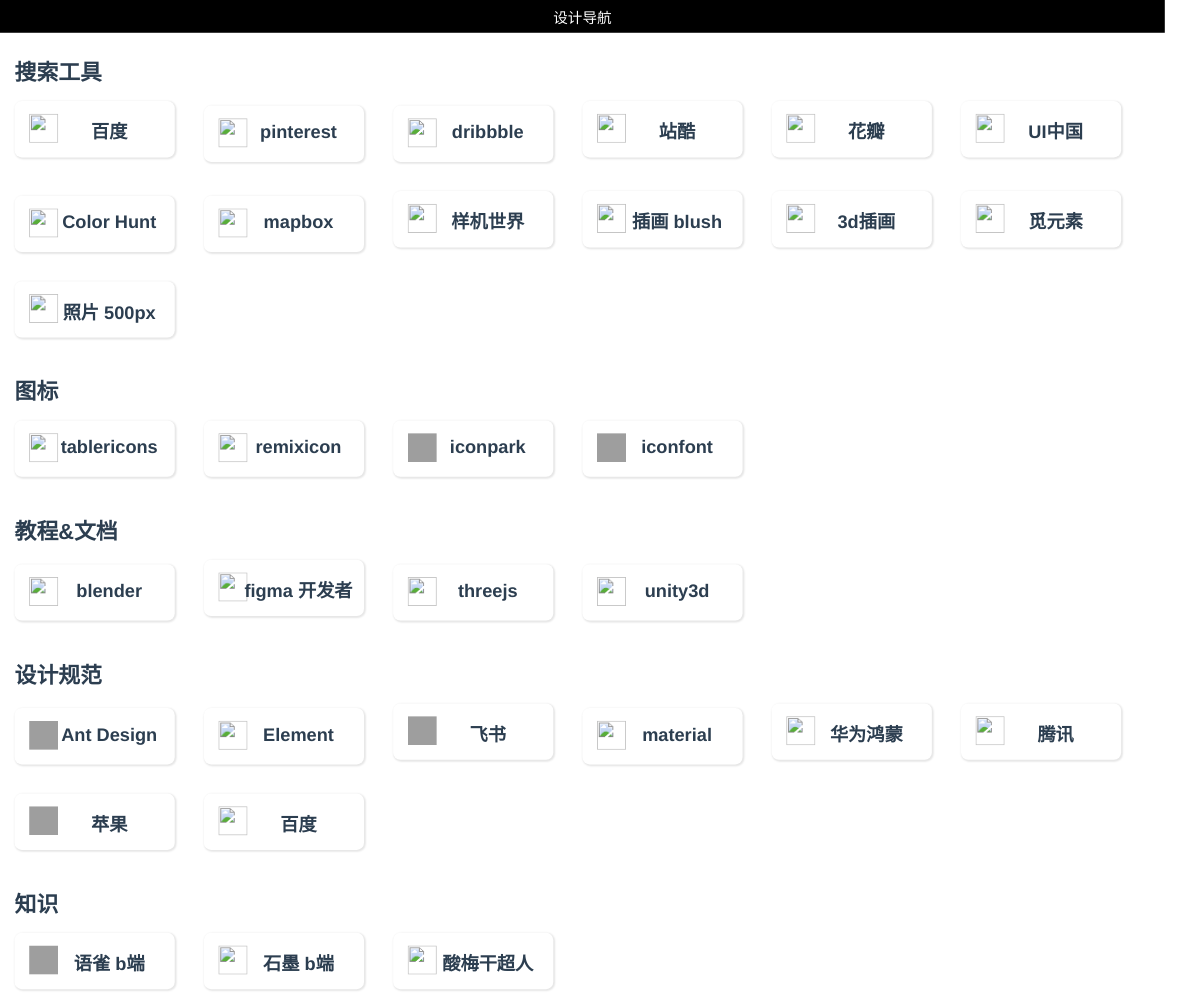
Repository: LiuZixu-aurelio/collection
Page: /
An editor plug-in stored every save of this project. The page is shown before and after the next save, followed by the edit.
The browser window is 1280 px wide. The page is 1296 px wide, so the pictures cover 1296 px, including what lies to the right of the window. The pictures show the whole page, at 91% of full size.
Pictures or frames that could not be fetched are drawn as grey boxes. The project was rebuilt for these pictures with package versions that can differ from the ones it lists, and the page was loaded fresh each time. Also part of the build but not shown: vue.config.js.

Above is the page before, as saved 2022-06-27 09:49:56.

After the next save:
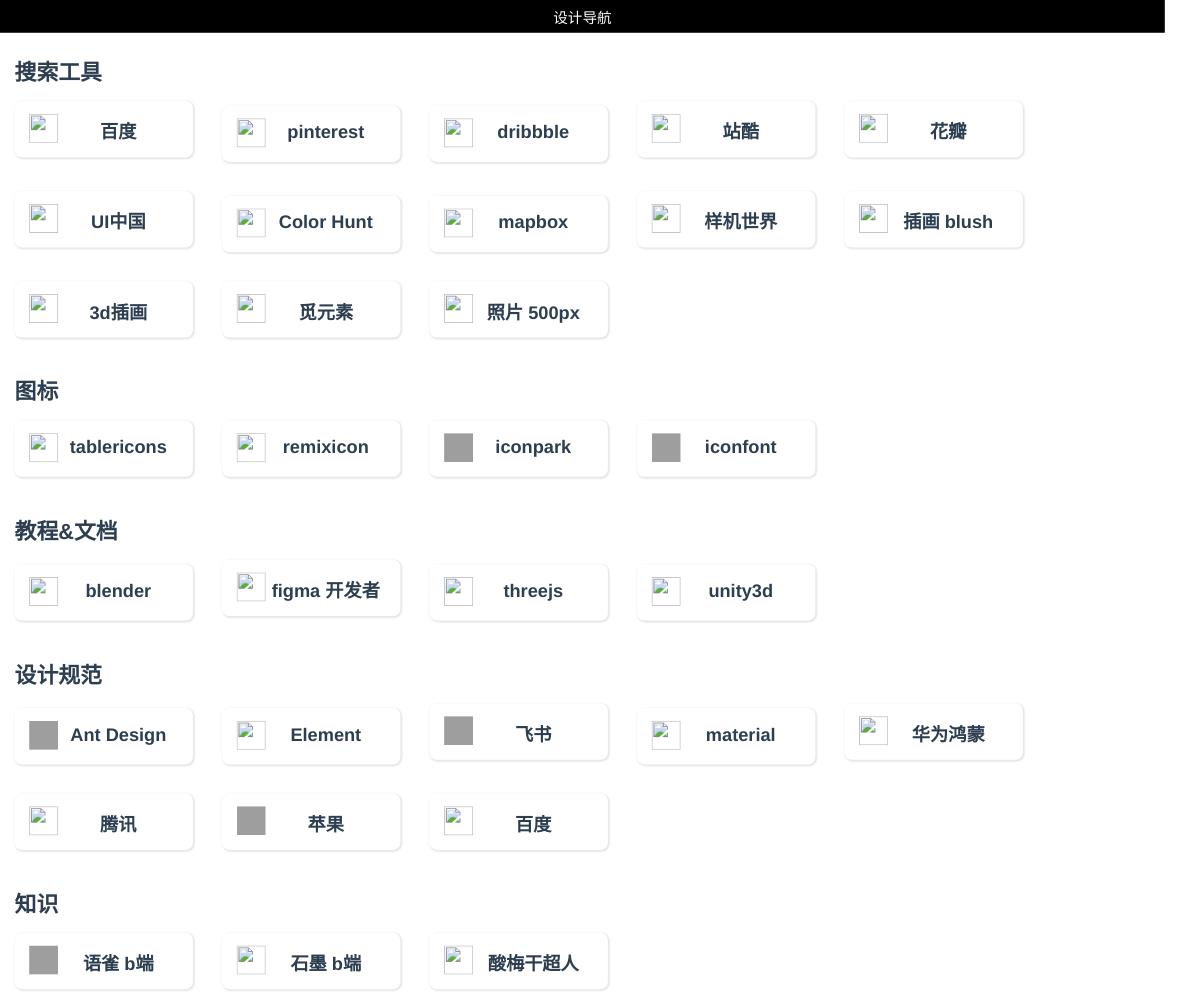
Saved 38 s later.
--- a/src/components/Card.vue
+++ b/src/components/Card.vue
@@ -30,7 +30,7 @@
 <!-- Add "scoped" attribute to limit CSS to this component only -->
 <style scoped>
 .cardin {
-  width: 160px;
+  width: 180px;
   height: 46px;
   padding: 8px;
   border-radius: 8px;
